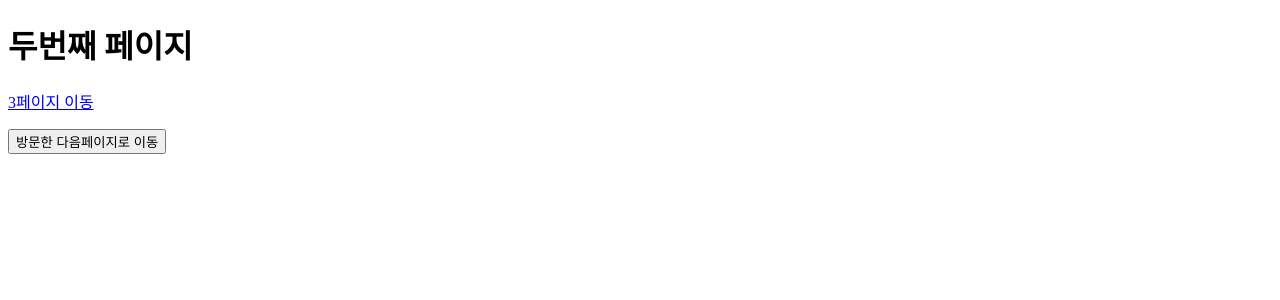
Repository: reddrinkbro/JSPStudy
Page: javascript/WebContent/4객체/his_obp2.html
These files come from the project's save history. The page is drawn as it stood at one moment and after the next save; the edit follows.
The browser window is 1280 px wide. The pictures show the whole page.

Above is the page before, as saved 2020-04-09 07:51:07.

### javascript/WebContent/4객체/his_obp2.html
<!DOCTYPE html>
<html>
<head>
<meta charset="EUC-KR">
<title>Insert title here</title>

	<style type="text/css">
		/* #-> HTML태그중.. id 속성값이
		   #prevBtn-> id속성값이 prevBtn 인 <button>요소를 선택해서 가져와서~
		   			  css문법을 통해서 화면을 조작한다
		  */
		#prevBtn{
			display:none;
		}
	</style>
</head>
<body>
<h1>두번째 페이지</h1>
<a href ="his_obp3.html">3페이지 이동</a>
	<p>
		<button id = "prevBtn" onclick = "">이전 페이지로 이동</button>
		<button id = "nextBtn" onclick = "">방문한 다음페이지로 이동</button>
	</p>
</body>
</html>

After the next save:
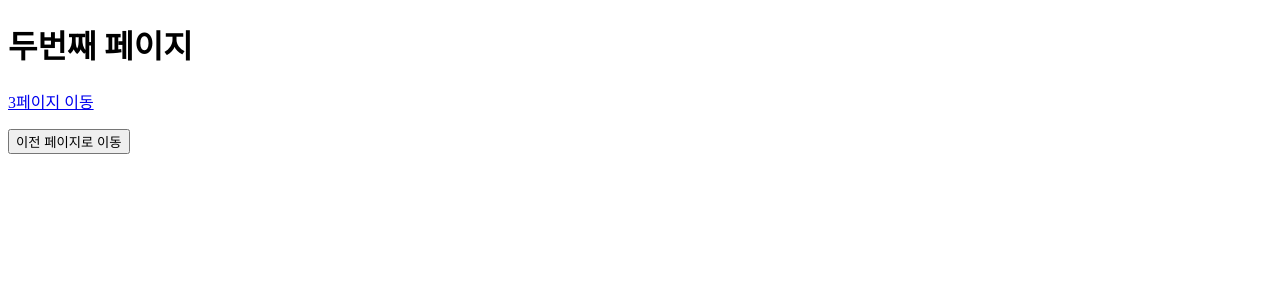
Saved 14 s later.
--- a/javascript/WebContent/4객체/his_obp2.html
+++ b/javascript/WebContent/4객체/his_obp2.html
@@ -9,7 +9,7 @@
 		   #prevBtn-> id속성값이 prevBtn 인 <button>요소를 선택해서 가져와서~
 		   			  css문법을 통해서 화면을 조작한다
 		  */
-		#prevBtn{
+		#nextBtn{
 			display:none;
 		}
 	</style>
